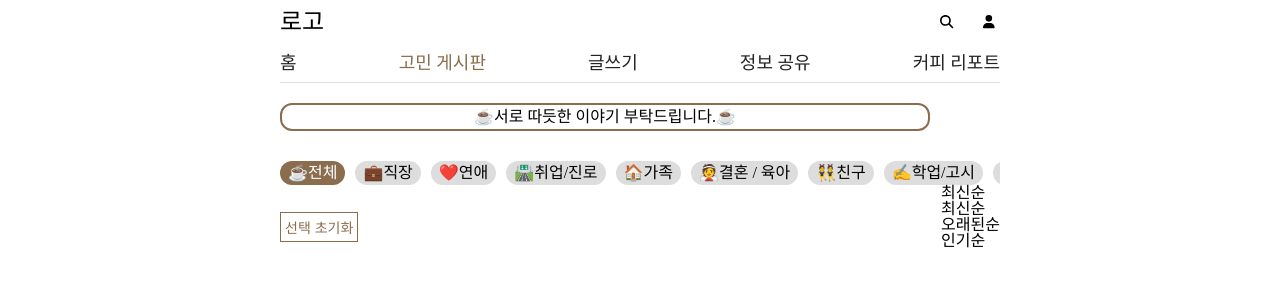
Repository: zlazlazla35/coffee
Page: /list
These files come from the project's save history. The page is drawn as it stood at one moment and after the next save; the edit follows.
The browser window is 1280 px wide. The pictures show the whole page.
Some web fonts or font styles are not loaded; a fallback is used. The project was rebuilt for these pictures with package versions that can differ from the ones it lists, and the page was loaded fresh each time. The framework's server and built-in components were replaced by stand-ins that run in the browser. Also part of the build but not shown: next.config.mjs.

Above is the page before, as saved 2024-12-26 18:24:00.

### src/app/layout.js
import { Geist, Geist_Mono } from "next/font/google";
import "./globals.css";
import Link from "next/link";
import { FontAwesomeIcon } from '@fortawesome/react-fontawesome'
import { faMagnifyingGlass, faUser } from '@fortawesome/free-solid-svg-icons'
import NavMenu from "./component/NavMenu";

const geistSans = Geist({
  variable: "--font-geist-sans",
  subsets: ["latin"],
});

const geistMono = Geist_Mono({
  variable: "--font-geist-mono",
  subsets: ["latin"],
});

export const metadata = {
  title: "Create Next App",
  description: "Generated by create next app",
};

export default function RootLayout({ children }) {
  return (
    <html lang="en">
      <body className={`${geistSans.variable} ${geistMono.variable}`}>
        <div className="nav_bar">
          <div className="nav_bar_top">
            <Link className="logo" href={'/'}>로고</Link>
            <div className="userBox">
              <button>
                <FontAwesomeIcon icon={faMagnifyingGlass} />
              </button>
              <button>
                <FontAwesomeIcon icon={faUser} />
              </button>
            </div>
          </div>
          <div className="nav_bar_bottom">
          <NavMenu></NavMenu>
          </div>
        </div>
        {children}
      </body>
    </html>
  );
}

### src/app/list/page.js
'use client'
import { useState } from "react"

export default function List() {
    let [tagList, setTagList] = useState(['☕전체', '💼직장', '❤️연애', '🛣️취업/진로', '🏠가족', '👰결혼 / 육아', '👯친구', '✍️학업/고시', '🚫중독', '💰사업 / 금전', '💉질병 / 질환']);
    let [tagActive, setTagActive] = useState([true, false, false, false, false, false, false, false, false, false, false])







    return (
        <div className="liset_page">
            <div className="top_border">
                ☕서로 따듯한 이야기 부탁드립니다.☕
            </div>
            <div className="tag">
                <ul className="tag_list">
                    {
                        tagList.map((item, i) => {

                            return (
                                <li className={tagActive[i] == true ? 'on' : null} key={i} onClick={(e) => {
                                    let copy = [...tagActive];

                                    if (copy[i] == false) {
                                        copy[i] = true;
                                        setTagActive(copy);
                                    } else {
                                        copy[i] = false;
                                        setTagActive(copy);
                                    }

                                    if (e.target.innerHTML !== '☕전체') {
                                        copy[0] = false;
                                        setTagActive(copy);
                                    } else {
                                        let copy2 = [true, false, false, false, false, false, false, false, false, false, false];
                                        setTagActive(copy2);
                                    }
                                }} >{item}</li>
                            )
                        })
                    }
                </ul>
            </div>
            <div className="filterBox">
                <button className="tag_reset">선택 초기화</button>
                <div className="filterSelectBox">
                    <h2 className="title">최신순</h2>
                    <ul className="filterSelect">
                        <li>최신순</li>
                        <li>오래된순</li>
                        <li>인기순</li>
                    </ul>
                </div>
            </div>
        </div>
    )
}

//

### src/app/globals.css
@font-face {
    font-family: 'Ownglyph_StudyHard-Rg';
    src: url('https://fastly.jsdelivr.net/gh/projectnoonnu/2411-3@1.0/Ownglyph_StudyHard-Rg.woff2') format('woff2');
    font-weight: normal;
    font-style: normal;
}
/* /styles/reset.css */
body {font-family: 'Ownglyph_StudyHard-Rg' !important;}
html, body, div, span, applet, object, iframe,
h1, h2, h3, h4, h5, h6, p, blockquote, pre,
a, abbr, acronym, address, big, cite, code,
del, dfn, em, img, ins, kbd, q, s, samp,
small, strike, strong, sub, sup, tt, var,
b, u, i, center,
dl, dt, dd, ol, ul, li,
fieldset, form, label, legend,
table, caption, tbody, tfoot, thead, tr, th, td,
article, aside, canvas, details, embed,
figure, figcaption, footer, header, hgroup,
menu, nav, output, ruby, section, summary,
time, mark, audio, video {
	margin: 0;
	padding: 0;
	border: 0;
	font-size: 100%;
	font: inherit;
	vertical-align: baseline;
}
/* HTML5 display-role reset for older browsers */
article, aside, details, figcaption, figure,
footer, header, hgroup, menu, nav, section {
	display: block;
}
body {
	line-height: 1;
}
ol, ul {
	list-style: none;
}
blockquote, q {
	quotes: none;
}
blockquote:before, blockquote:after,
q:before, q:after {
	content: '';
	content: none;
}
table {
	border-collapse: collapse;
	border-spacing: 0;
}
input:focus {outline: none;}
a {text-decoration: none; color: inherit;}


.nav_bar {width: 100%; max-width: 720px; margin: 0 auto;}
.nav_bar .nav_bar_top {width: 100%; display: flex; align-items: center; justify-content: space-between; box-sizing: border-box; padding: 10px 0; }
.nav_bar .nav_bar_top .logo {font-size: 24px; }
.nav_bar .nav_bar_top .userBox {display: flex; align-items: center;}
.nav_bar .nav_bar_top .userBox button {width: 22px; display: block; background: none; border: none; padding: 0;}
.nav_bar .nav_bar_top .userBox button {margin-right: 20px;}
.nav_bar .nav_bar_top .userBox button:last-child {margin-right: 0;}
.nav_bar .nav_bar_bottom {width: 100%; }
.nav_bar .nav_bar_bottom .nav_list {display: flex; align-items: center; justify-content: space-between; box-sizing: border-box; padding: 10px 0; border-bottom: 1px solid #ddd;}
.nav_bar .nav_bar_bottom .nav_list li { font-size: 18px; color: #232323; }
.nav_bar .nav_bar_bottom .nav_list li a.active {color: #8b6d4e; }


.liset_page {width: 100%; max-width: 720px; margin: 0 auto;}
.liset_page .top_border {width: 100%; max-width: 650px; border: 2px solid #8b6d4e; border-radius: 12px; display: flex; align-items: center; justify-content: center; font-size: 16px; box-sizing: border-box; padding: 4px; margin: 20px 0 30px;}
.liset_page .tag {width: 100%;}
.liset_page .tag .tag_list {width: 100%; display: flex; align-items: center; white-space: nowrap; overflow-x: scroll;}
.liset_page .tag .tag_list::-webkit-scrollbar {height: 8px;}
.liset_page .tag .tag_list::-webkit-scrollbar-thumb {background: #a89f96; border-radius: 10px; }
.liset_page .tag .tag_list::-webkit-scrollbar-track {background: rgba(123, 87, 8, 0.1); }
.liset_page .tag .tag_list li {background: #ddd; font-size: 16px; box-sizing: border-box; padding: 4px 8px; border-radius: 12px; margin-right: 10px; cursor: pointer;}
.liset_page .tag .tag_list li:last-child {margin-right: 0;}
.liset_page .tag .tag_list li.on {background: #8b6d4e; color: #fff;}
.liset_page .filterBox {width: 100%; display: flex; align-items: center; justify-content: space-between;}
.liset_page .filterBox .filterSelectBox {display: inline-block; position: relative;}


.liset_page .filterBox .tag_reset{display: inline-block; box-sizing: border-box; padding: 4px; border: 1px solid #8b6d4e; background: none; color: #8b6d4e; font-size: 14px; margin-top: 20px;}

### src/app/component/NavMenu.js
'use client'

import Link from "next/link";
import { usePathname } from "next/navigation";

export default function NavMenu() {
    const pathname = usePathname();

    return (
        <ul className="nav_list">
            <li>
                <Link href={'/'}>홈</Link>
            </li>
            <li>
                <Link className={pathname == '/list'? 'active' : null} href={'/list'}>고민 게시판</Link>
            </li>
            <li>
                <Link className={pathname == '/writing'? 'active' : null} href={'/writing'}>글쓰기</Link>
            </li>
            <li>
                <Link className={pathname == '/share'? 'active' : null} href={'/share'}>정보 공유</Link>
            </li>
            <li>
                <Link className={pathname == '/report'? 'active' : null} href={'/report'}>커피 리포트</Link>
            </li>
        </ul>
    )
}

After the next save:
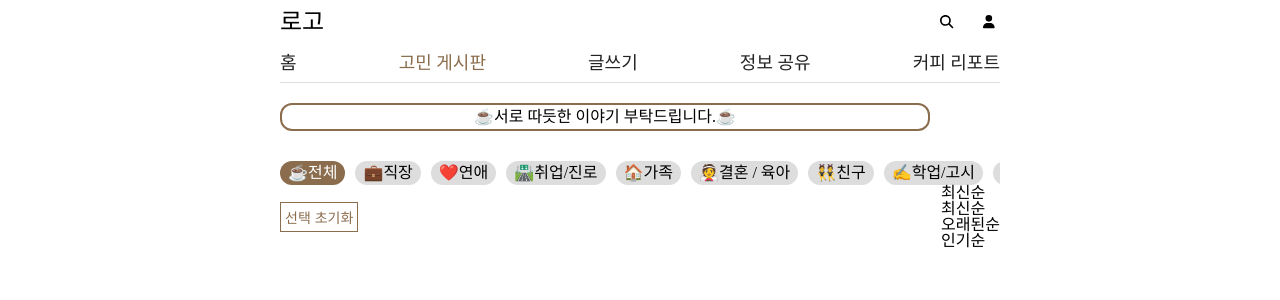
Saved 15 s later.
--- a/src/app/globals.css
+++ b/src/app/globals.css
@@ -77,7 +77,8 @@ a {text-decoration: none; color: inherit;}
 .liset_page .tag .tag_list li:last-child {margin-right: 0;}
 .liset_page .tag .tag_list li.on {background: #8b6d4e; color: #fff;}
 .liset_page .filterBox {width: 100%; display: flex; align-items: center; justify-content: space-between;}
-.liset_page .filterBox .filterSelectBox {display: inline-block; position: relative;}
+.liset_page .filterBox .filterSelectBox {display: inline-block; position: relative; }
 
 
-.liset_page .filterBox .tag_reset{display: inline-block; box-sizing: border-box; padding: 4px; border: 1px solid #8b6d4e; background: none; color: #8b6d4e; font-size: 14px; margin-top: 20px;}
+
+.liset_page .filterBox .tag_reset{display: inline-block; box-sizing: border-box; padding: 4px; border: 1px solid #8b6d4e; background: none; color: #8b6d4e; font-size: 14px; }
